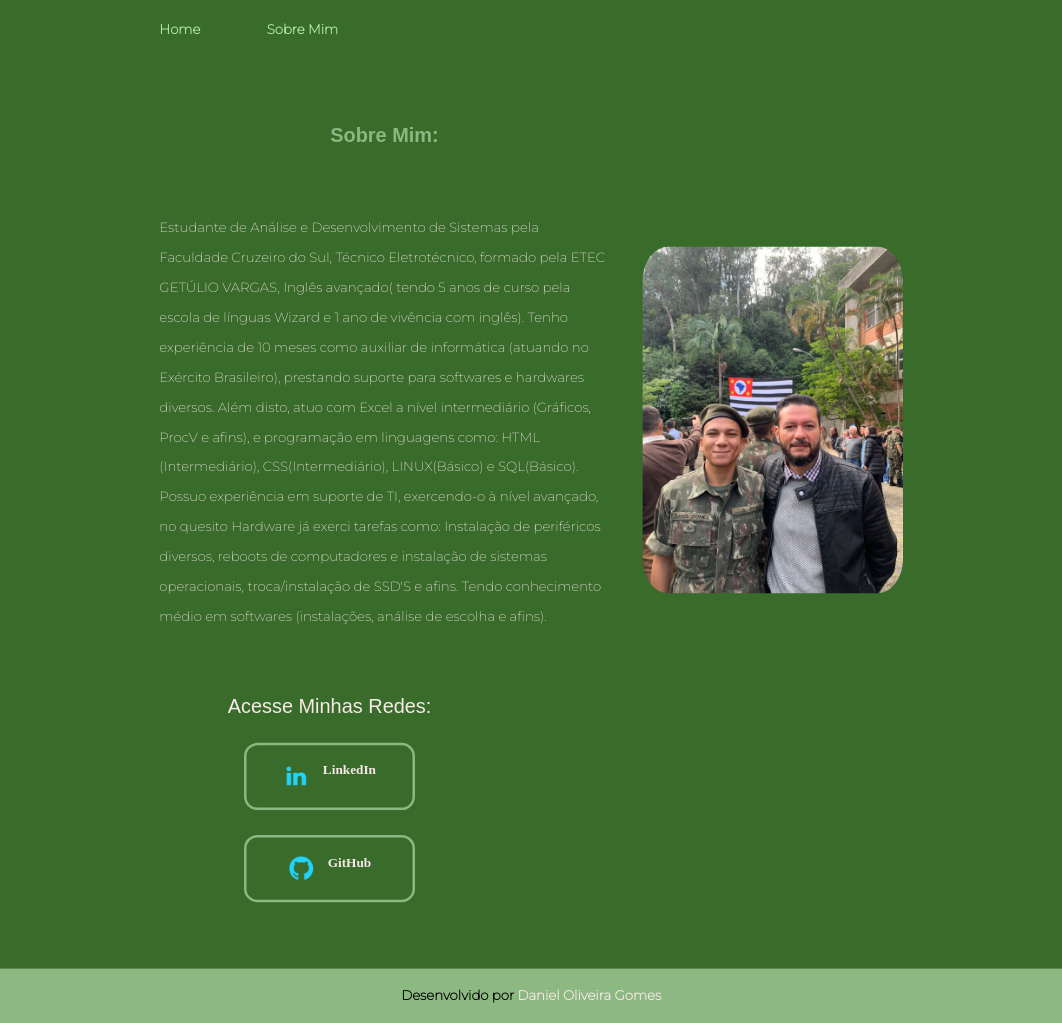
Repository: DamnDTX/Portfolio-Daniel-Oliveira-1
Page: about.html
An editor plug-in stored every save of this project. The page is shown before and after a run of saves, followed by the edit.
The browser window is 1280 px wide. The pictures show the whole page, at 83% of full size.
Some web fonts or font styles are not loaded; a fallback is used.

Above is the page before, as saved 2023-07-11 15:16:50.

### about.html
<!DOCTYPE html>
<html lang="pt-br">
<head>
    <meta charset="UTF-8">
    <meta name="viewport" content="width=device-width, initial-scale=1.0">
    <title>Sobre Mim</title>
    <link rel="stylesheet" href="./styles/about.css">
    <!--Há duas formas de nós conseguirmos linkar o nosso arquivos css, a primeira forma nós já sabemos, que é utilizando o elemento link, mas podemos fazer de outra forma, que é escrevendo "link:" e puxar o caminho do css, prefiro a primeira forma, já que a velocidade de ação é a mesma-->
</head>
<body>
<header>
    <header class="cabecalho">
        <nav class="cabecalho__menu">
            <a class="cabecalho__menu__link" href="index.html">Home</a>
            <a class="cabecalho__menu__link" href="about.html">Sobre Mim</a>
        </nav>
</header>
<!--Copiamos o header da outra página html, temos que ver que tem coisas que queremos que continue igual, igual
    o header e as estilizações (posicionamento e afins, quando for assim, copiamos as propriedades da mesma forma
    , alterando só quando necessário)
-->
<main class="principal">
    <section class="principal__conteudo">
        <h1 class="principal__conteudo__titulo">
   <strong>Sobre Mim:</strong>
        </h1>

        <h4 class="principal__conteudo__apresentacao">
            Estudante de Análise e Desenvolvimento de Sistemas pela Faculdade Cruzeiro do Sul, Técnico Eletrotécnico, formado pela ETEC GETÚLIO VARGAS, Inglês avançado( tendo 5 anos de curso pela escola de línguas Wizard e 1 ano de vivência com inglês). Tenho experiência de 10 meses como auxiliar de informática (atuando no Exército Brasileiro), prestando suporte para softwares e hardwares diversos. Além disto, atuo com Excel a nível intermediário (Gráficos, ProcV e afins), e programação em linguagens como: HTML (Intermediário), CSS(Intermediário), LINUX(Básico) e SQL(Básico). Possuo experiência em suporte de TI, exercendo-o à nível avançado, no quesito Hardware já exerci tarefas como: Instalação de periféricos diversos, reboots de computadores e instalação de sistemas operacionais, troca/instalação de SSD'S e afins. Tendo conhecimento médio em softwares (instalações, análise de escolha e afins).
        </h4>
        <div class="principal__links">
            <h2 class="principal__links__subtitulo">Acesse Minhas Redes:</h2>
        <a class="principal__link__social" target="_blank" href="https://www.linkedin.com/in/daniel-oliveira-gomes-3470511b6/">
                <img src="./assets/Logo linkedin.png" alt="linkeidn_logo">
            LinkedIn
                </a>
        <a class="principal__link__social" target="_blank" href="https://github.com/DamnDTX/">
          <img src="./assets/Logo Github.png" alt="github_logo">
          GitHub
        </a>
    </section>
    <img class="daniel" alt="minha_pessoa" src="./assets/Daniel milico.jpeg">
</main>

<footer class="rodape">
    <h4>Desenvolvido por <strong class="desenvolvedor">Daniel Oliveira Gomes</strong></h4>
</footer>
</body>
</html>

### styles/about.css
@import url('https://fonts.googleapis.com/css2?family=Abril+Fatface&family=Krona+One&family=Montserrat:wght@100;200&display=swap');
@import url('https://fonts.googleapis.com/css2?family=Abril+Fatface&family=Krona+One&family=Montserrat:wght@100&display=swap');

:root{
    --cor-dos-textos:#F8E9E9;
    --fonte-textos:'Montsserrat',sans-serif;
    --fonte-titulos:'Krona One', sans-serif;
}




*{
    margin: 0;
    padding: 0;
}

body{
    background-color:  #396B2B;
    color: var(--cor-dos-textos);
    height: 100vh;
    box-sizing: border-box;
}
 /*O 100vh serve quando temos poucos elementos na página, quando o body não alcança tudo (quando há poucos
 elementos), quando não for o caso de termos poucos elementos, tiramos-o, ou melhor, não os usamos  */
strong{
    color: #8CB881;
}

.cabecalho{
padding: 2% 0 0 15%;
}

.cabecalho__menu{display: flex;
gap: 80px;}

.cabecalho__menu__link{font-size:  1,5rem;
    font-family: 'Montserrat', sans-serif;
    font-style: normal;
    font-weight: 600;
    line-height: normal;
    color: #B6EEA7;
    text-decoration: none;
}

.principal{display: flex;
align-items: center;
justify-content: space-between;
padding: 5% 15%;
gap: 40px;}



.principal__conteudo{
    width: 615px;
    display: flex;
    flex-direction: column;
    gap: 40px;
       }

.principal__conteudo__titulo{
    font-family: 'Krona One', sans-serif;
    font-size: 2.25;
    text-align: center;
    margin-top: 40px;

}



.principal__conteudo__apresentacao{
    font-family: 'Montserrat', sans-serif;
    display: flex;
    flex-direction: column;
    font-size:  1,5rem;
    font-style: normal;
    font-weight: 400;
    line-height: 36px;
    color: #F8E9E9;
    margin-top: 40px;
}

.daniel{
    height: 35%;
    width: 35%;
    border-radius: 10%;
    margin-bottom: 200px;
}

 .principal__links{
        justify-content: space-between;
        flex-direction:column;
        align-items: center;
        display: flex;
        width: 378px;
        padding: 16px;
        justify-content: center;
        align-items: center;
        gap: 20px;

        .principal__links__social:hover{
            background-color: #3843E0;
        }
 }
    .principal__links__subtitulo{
        font-family: 'Krona One', sans-serif;
        font-weight: 400;
        margin-top: 20px;
        }


    .principal__link__social{
        background-color: transparent;
        color: #F8E9E9;
        width: 200px;
        height: 32px;
        text-align: center;
        border-radius: 16px;
        font-size:  1,5rem;
        padding: 21.5px 0;
        text-decoration: none;
        font-weight: 600;
        border-style: solid;
        display: flex;
        justify-content: center;
        gap: 16px;
        margin-top: 10px;
        border-color: #8CB881;
    }

.logo{width: 28px;
    height: 28px;
    }

.rodape{font-size:  1,5rem;
    font-family: 'Montserrat', sans-serif;
    font-style: normal;
    font-weight: 400;
    line-height: 36px;
    background-color: #8CB881;
    text-align: center;
    color: black;
    padding: 15px;
    flex-shrink: 0;
}

    .desenvolvedor{color: #F8E9E9;}

After the next 2 saves:
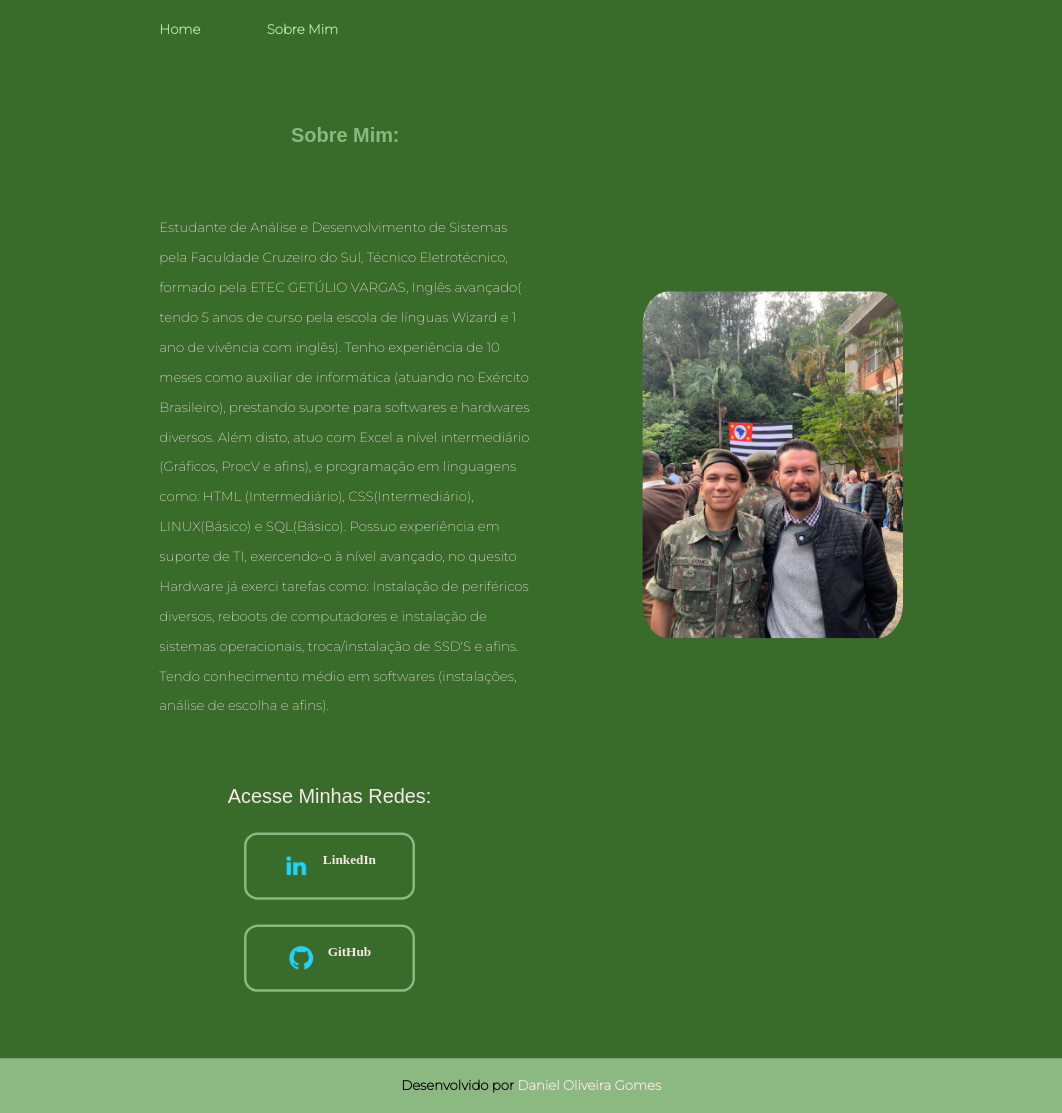
The 2 saves are shown as one change because they came seconds apart.
The last was saved 31 s later.
--- a/styles/about.css
+++ b/styles/about.css
@@ -52,7 +52,7 @@ gap: 40px;}
 
 
 .principal__conteudo{
-    width: 615px;
+    width: 50%;
     display: flex;
     flex-direction: column;
     gap: 40px;
